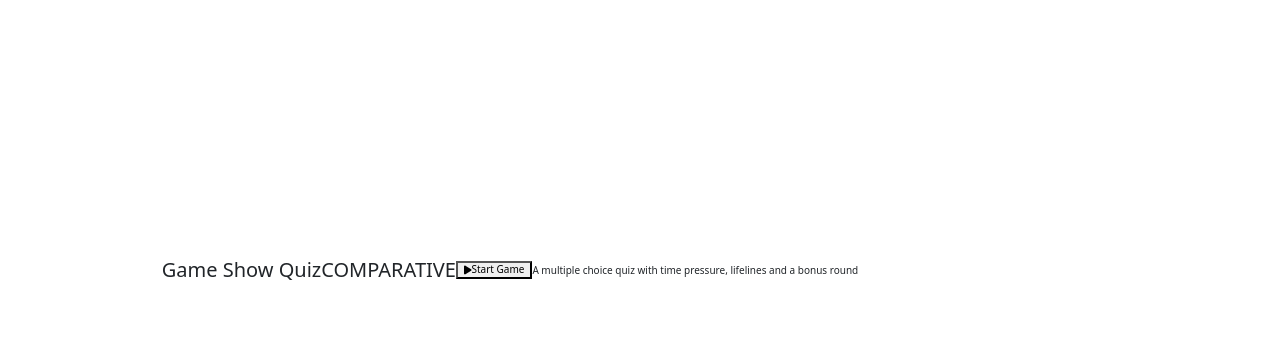
Repository: litaiqiang1407/comparative-gq
Page: /
The author's editor kept a copy of each file at every save. The page is drawn from the files as they stood at one save, then again after the next save.
The browser window is 1280 px wide. The pictures show the whole page.
The project was rebuilt for these pictures with package versions that can differ from the ones it lists, and the page was loaded fresh each time. Also part of the build but not shown: vue.config.js.

Above is the page before, as saved 2024-06-20 19:41:50.

After the next save:
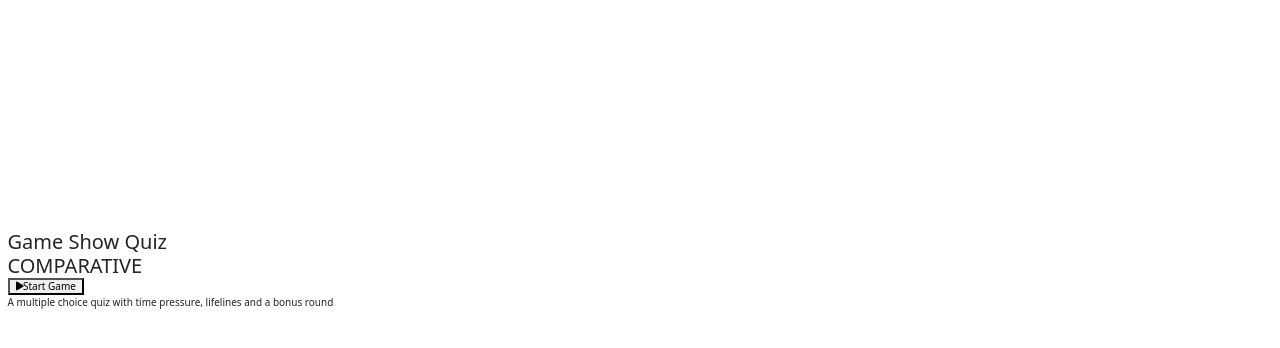
Saved 73 s later.
--- a/src/components/StartGame/StartGame.vue
+++ b/src/components/StartGame/StartGame.vue
@@ -1,13 +1,15 @@
 <template>
   <div class="start">
-    <h2 class="title">Game Show Quiz</h2>
-    <h1 class="game-name">COMPARATIVE</h1>
-    <button class="play-button" @click="onStart()">
-      <font-awesome-icon :icon="['fas', 'play']" />
-      <span>Start Game</span>
-    </button>
-    <div class="description">
-      A multiple choice quiz with time pressure, lifelines and a bonus round
+    <div class="container">
+      <h2 class="title">Game Show Quiz</h2>
+      <h1 class="game-name">COMPARATIVE</h1>
+      <button class="play-button" @click="onStart()">
+        <font-awesome-icon :icon="['fas', 'play']" />
+        <span>Start Game</span>
+      </button>
+      <div class="description">
+        A multiple choice quiz with time pressure, lifelines and a bonus round
+      </div>
     </div>
   </div>
 </template>
